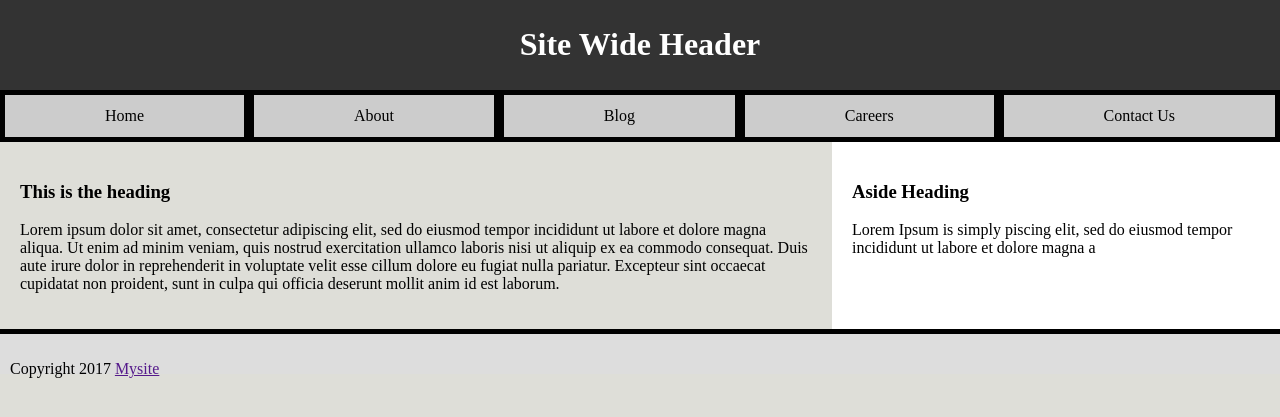
Repository: ayeza-baseer/AssignmentFlexbox
Page: assignment.html
The author's editor kept a copy of each file at every save. The page is drawn from the files as they stood at one save, then again after the next save.
The browser window is 1280 px wide. The pictures show the whole page.

Above is the page before, as saved 2023-03-17 17:22:15.

### assignment.html
<!DOCTYPE html>
<html lang="en">
<head>
    <title>Assignment</title>
    <meta name="viewport" content="width=device-width, initial-scale=1, minimum-scale=1" />
    <link rel="stylesheet" href="assignment.css">


</head>
<body>
<div class="main-class">
    <header class="header"><h1>
        Site Wide Header
    </h1></header>
    <div class="navbar">
        <a href="#">Home</a>
        <a href="#">About</a>
        <a href="#">Blog</a>
        <a href="#">Careers</a>
        <a href="#">Contact Us</a>
      </div>
    <div class="row">
      <div class="main">
        <h3>This is the heading</h3>
        <p>Lorem ipsum dolor sit amet, consectetur adipiscing elit, sed do eiusmod tempor incididunt ut labore et dolore magna aliqua. Ut enim ad minim veniam, quis nostrud exercitation ullamco laboris nisi ut aliquip ex ea commodo consequat. Duis aute irure dolor in reprehenderit in voluptate velit esse cillum dolore eu fugiat nulla pariatur. Excepteur sint occaecat cupidatat non proident, sunt in culpa qui officia deserunt mollit anim id est laborum.</p>
      </div>
      <div class="aside">
        <h3>Aside Heading</h3>
        <p>Lorem Ipsum is simply  piscing elit, sed do eiusmod tempor incididunt ut labore et dolore magna a</p>
      </div>
    </div>
    <div class="footer-class">
        <footer class="footer">
            <p>Copyright 2017 <a href> Mysite</a></p>
        </footer>
    </div>



</div>




</body>
</html>

### assignment.css
.header {
    padding: 5px;
    background-color: #333;
    color: #ccc;
    order:1;
    text-align: center;

    color: white;
  }

  body {
    margin: 0;
    background-color: #deded8;

  }
  .main-class{
    display: flex;
    flex-direction:column;
  }
  .navbar {
    display: flex;
    background-color: black;
    order:2;
  }

  .navbar a {
    color: black;

    background-color: #ccc;
    padding: 12px 12px;
    text-decoration: none;
    text-align: center;
    flex-grow: 1;
    border: 5px solid black;
  }

  .navbar a:hover {
    color: red;
    border: 5px solid red;
  }

  .row {
    display: flex;
    flex-wrap:wrap;
    order:3;
    height:100%;
  }

  .row > .aside {
      flex:30%;
    background-color: white;

    padding: 20px;
  }

  /* Main column */
  .row >.main {
     flex:60%;
    padding: 20px;
  }

  .footer {

      padding: 10px;
      border-top: 5px solid black;
      background: #ddd;
     height:20px;
     order:16;
    }




    @media only screen and (max-width: 425px) {
      .row > .aside {
          flex:1 1 100%
        }
        .row >.main {
          flex:1 1 100%;
          padding: 20px;
        }
        .navbar{
          order:10
        }
    }


  .footer-class{

        margin-top: auto;

   order:15;
   min-height:20px;
   position:sticky
  }

After the next save:
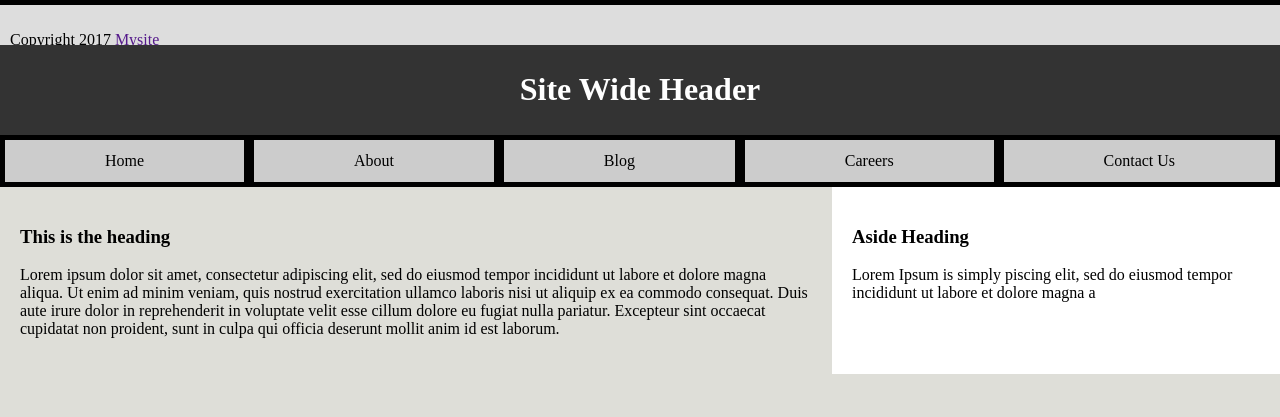
Saved 36 s later.
--- a/assignment.css
+++ b/assignment.css
@@ -83,13 +83,3 @@
           order:10
         }
     }
-
-
-  .footer-class{
-
-        margin-top: auto;
-
-   order:15;
-   min-height:20px;
-   position:sticky
-  }

After the save that followed:
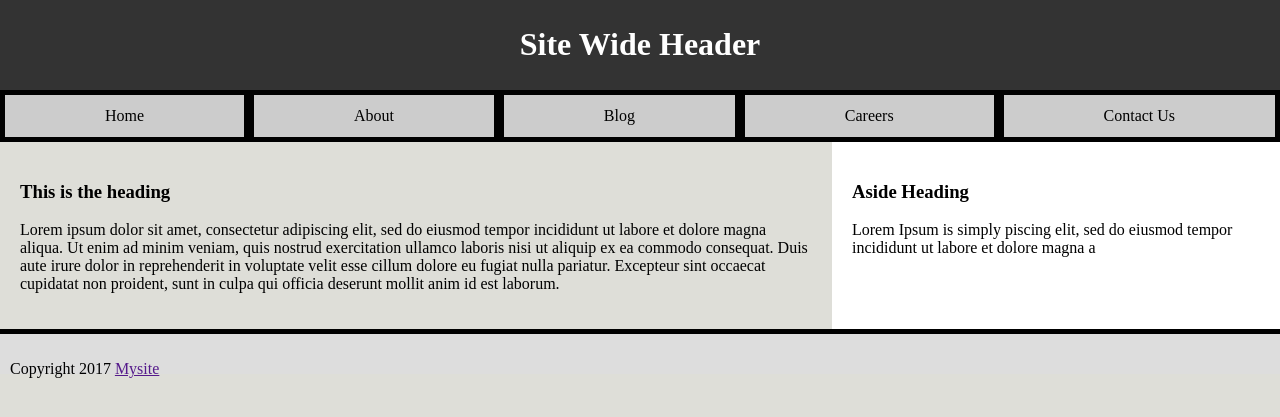
Saved 20 s later.
--- a/assignment.html
+++ b/assignment.html
@@ -29,11 +29,11 @@
         <p>Lorem Ipsum is simply  piscing elit, sed do eiusmod tempor incididunt ut labore et dolore magna a</p>
       </div>
     </div>
-    <div class="footer-class">
+
         <footer class="footer">
             <p>Copyright 2017 <a href> Mysite</a></p>
         </footer>
-    </div>
+
 
 
 
